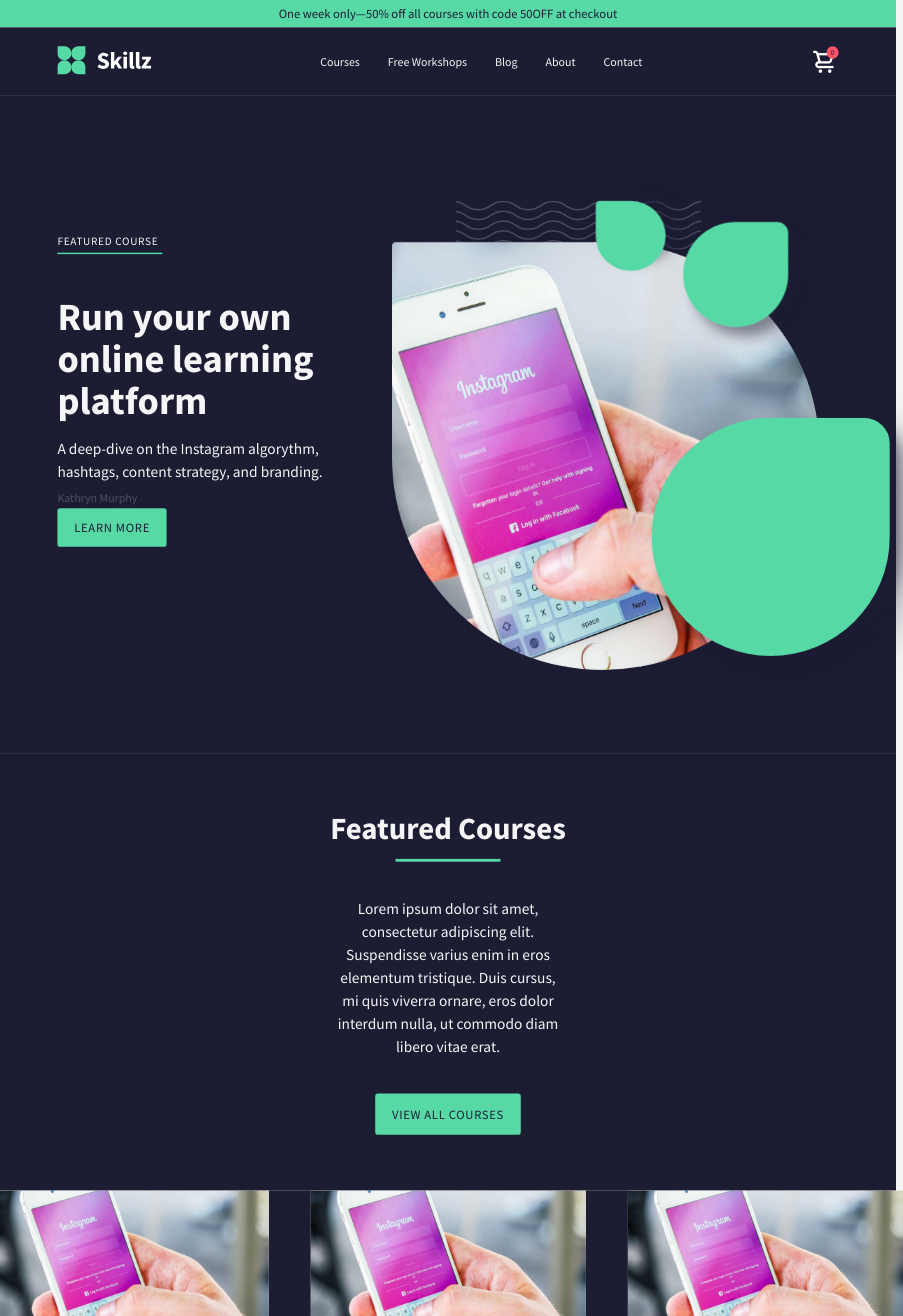
Repository: saidabbasun/skillz
Page: /
These files come from the project's save history. The page is drawn as it stood at one moment and after a run of saves; the edit follows.
The browser window is 1280 px wide. The page is 1290 px wide, so the pictures cover 1290 px, including what lies to the right of the window. The pictures show the part of the page from y = 0 to 1880 px (the page is 4454 px tall before and 4524 px after), at 70% of full size.
The project was rebuilt for these pictures with package versions that can differ from the ones it lists, and the page was loaded fresh each time.

Above is the page before, as saved 2022-06-13 14:43:35.

After the next 2 saves:
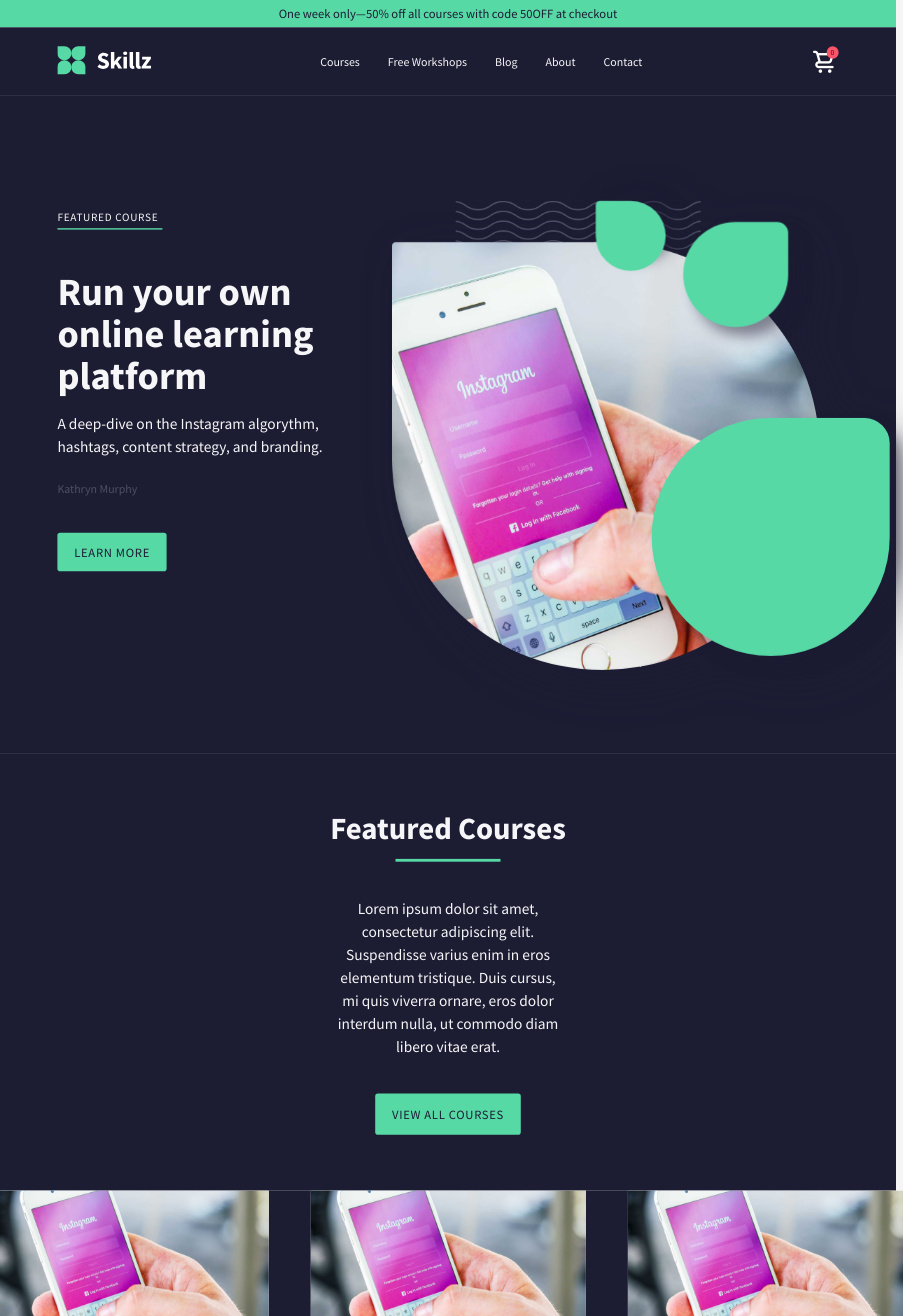
The 2 saves are shown as one change because they came seconds apart.
The last was saved 31 s later.
--- a/src/styles/Home.scss
+++ b/src/styles/Home.scss
@@ -37,7 +37,7 @@
 color: $text_footer;
 }
 .homeAfter{
-    padding: 22px 0 48px ;
+    margin: 22px 0 48px ;
     font-weight: 400;
 font-size: 17px;
 line-height: 27px;
